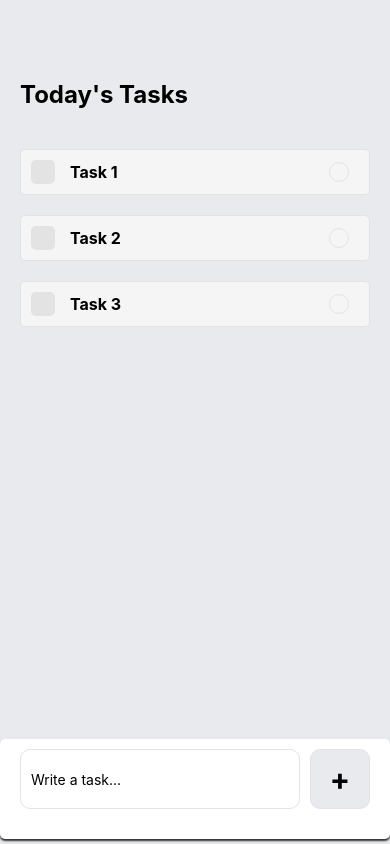
Repository: lomelo-x/ToDo-App
Screen: /
These files come from the project's save history. The screen is drawn as it stood at one moment and after a run of saves; the edit follows.
The app was drawn by React Native's web renderer in a window 390 px wide. The project was rebuilt for these pictures with package versions that can differ from the ones it lists, and the page was loaded fresh each time.

Above is the screen before, as saved 2022-06-17 21:33:58.

After the next 3 saves:
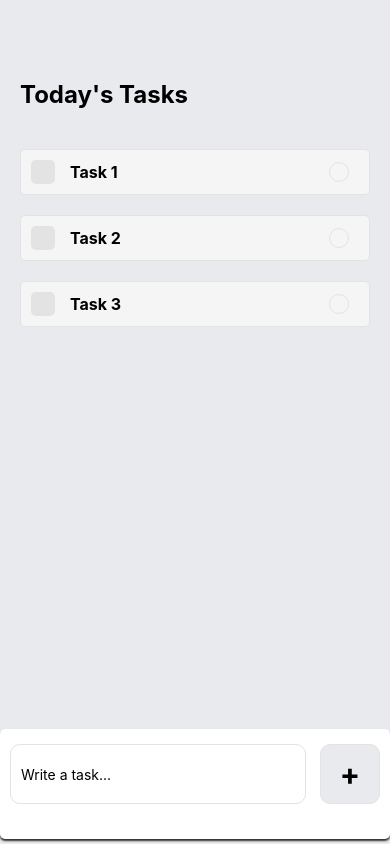
The 3 saves are shown as one change because they came seconds apart.
The last was saved 7 s later.
--- a/App.js
+++ b/App.js
@@ -51,8 +51,8 @@ const styles = StyleSheet.create({
 		flexDirection: 'row',
 		alignItems: 'center',
 		justifyContent: 'space-between',
-		paddingHorizontal: 20,
-		paddingVertical: 10,
+		paddingHorizontal: 10,
+		paddingVertical: 15,
 		backgroundColor: '#fff',
 		borderRadius: 5,
 		shadowColor: '#000',
